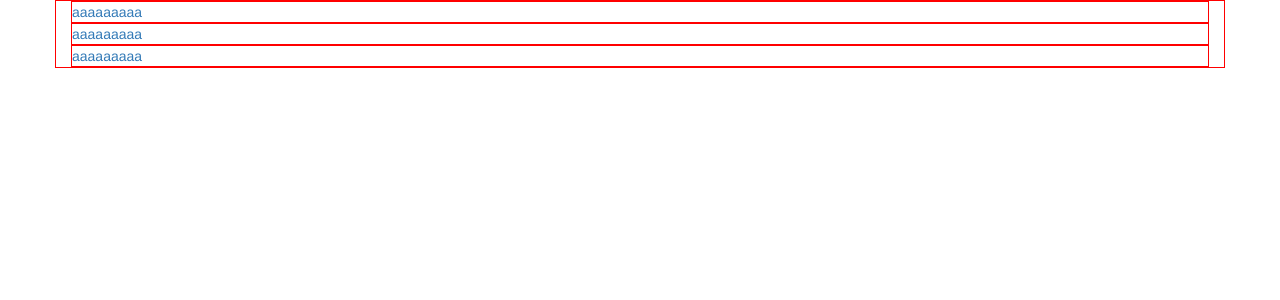
Repository: dushengwei/Bootstrap
Page: code/code/WebContent/one.html
These files come from the project's save history. The page is drawn as it stood at one moment and after the next save; the edit follows.
The browser window is 1280 px wide. The pictures show the whole page.

Above is the page before, as saved 2017-02-15 09:14:31.

### code/code/WebContent/one.html
<!DOCTYPE html PUBLIC "-//W3C//DTD HTML 4.01 Transitional//EN" "http://www.w3.org/TR/html4/loose.dtd">
<html>
<head>
<meta http-equiv="Content-Type" content="text/html; charset=UTF-8">
<title>Insert title here</title>
<meta name="viewport" content="width=device-width,initial-scale=1.0">
<!--引入BootStrap  -->
<link rel="stylesheet" type="text/css" href="lib/css/bootstrap.min.css" />

<!-- HTML5 Shim 和 Respond.js 用于让 IE8 支持 HTML5元素和媒体查询 -->
<!-- 注意： 如果通过 file://  引入 Respond.js 文件，则该文件无法起效果 -->
<!-- html5 简单标签兼容ie9一下 -->
<!--[if lt IE 9]>
  <script type="text/javascript" src="lib/js/html5shiv.js"></script>
  <script src="https://oss.maxcdn.com/libs/respond.js/1.3.0/respond.min.js"></script>
<![endif] -->

<script type="text/javascript" src="lib/js/jquery.js"></script>
<script type="text/javascript" src="lib/js/bootstrap.min.js"></script>
<style type="text/css">
div {
	border: solid 1px red;
}
</style>
</head>
<body>
	<div class="container">
		<div>
			<a href="#">aaaaaaaaa</a>
		</div>
		<div>
			<a href="#">aaaaaaaaa</a>
		</div>
		<div>
			<a href="#">aaaaaaaaa</a>
		</div>
	</div>
</body>
</html>

Loaded but not shown: code/code/WebContent/lib/css/bootstrap.min.css (library); code/code/WebContent/lib/js/jquery.js (library); code/code/WebContent/lib/js/bootstrap.min.js (library)

After the next save:
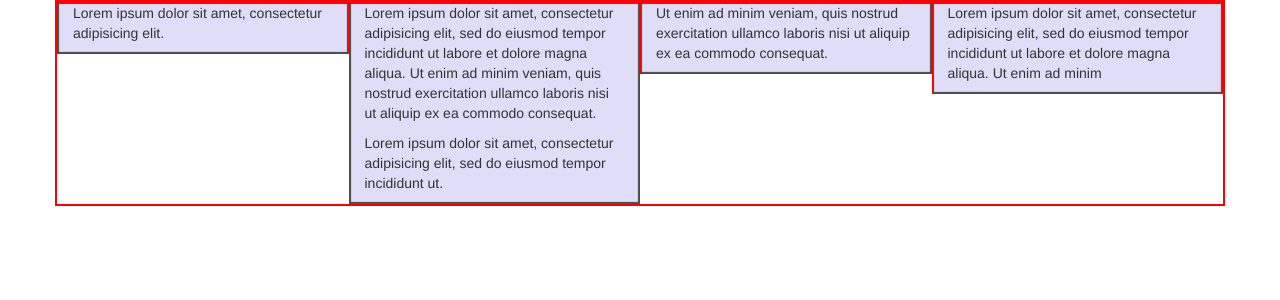
Saved 41 s later.
--- a/code/code/WebContent/one.html
+++ b/code/code/WebContent/one.html
@@ -25,14 +25,34 @@
 </head>
 <body>
 	<div class="container">
-		<div>
-			<a href="#">aaaaaaaaa</a>
-		</div>
-		<div>
-			<a href="#">aaaaaaaaa</a>
-		</div>
-		<div>
-			<a href="#">aaaaaaaaa</a>
+		<div class="row">
+			<div class="col-xs-6 col-sm-3"
+				style="background-color: #dedef8; box-shadow: inset 1px -1px 1px #444, inset -1px 1px 1px #444;">
+				<p>Lorem ipsum dolor sit amet, consectetur adipisicing elit.</p>
+			</div>
+			<div class="col-xs-6 col-sm-3"
+				style="background-color: #dedef8; box-shadow: inset 1px -1px 1px #444, inset -1px 1px 1px #444;">
+				<p>Lorem ipsum dolor sit amet, consectetur adipisicing elit, sed
+					do eiusmod tempor incididunt ut labore et dolore magna aliqua. Ut
+					enim ad minim veniam, quis nostrud exercitation ullamco laboris
+					nisi ut aliquip ex ea commodo consequat.</p>
+				<p>Lorem ipsum dolor sit amet, consectetur adipisicing elit, sed
+					do eiusmod tempor incididunt ut.</p>
+			</div>
+
+			<div class="clearfix visible-xs"></div>
+
+			<div class="col-xs-6 col-sm-3"
+				style="background-color: #dedef8; box-shadow: inset 1px -1px 1px #444, inset -1px 1px 1px #444;">
+				<p>Ut enim ad minim veniam, quis nostrud exercitation ullamco
+					laboris nisi ut aliquip ex ea commodo consequat.</p>
+			</div>
+			<div class="col-xs-6 col-sm-3"
+				style="background-color: #dedef8; box-shadow: inset 1px -1px 1px #444, inset -1px 1px 1px #444;">
+				<p>Lorem ipsum dolor sit amet, consectetur adipisicing elit, sed
+					do eiusmod tempor incididunt ut labore et dolore magna aliqua. Ut
+					enim ad minim</p>
+			</div>
 		</div>
 	</div>
 </body>
